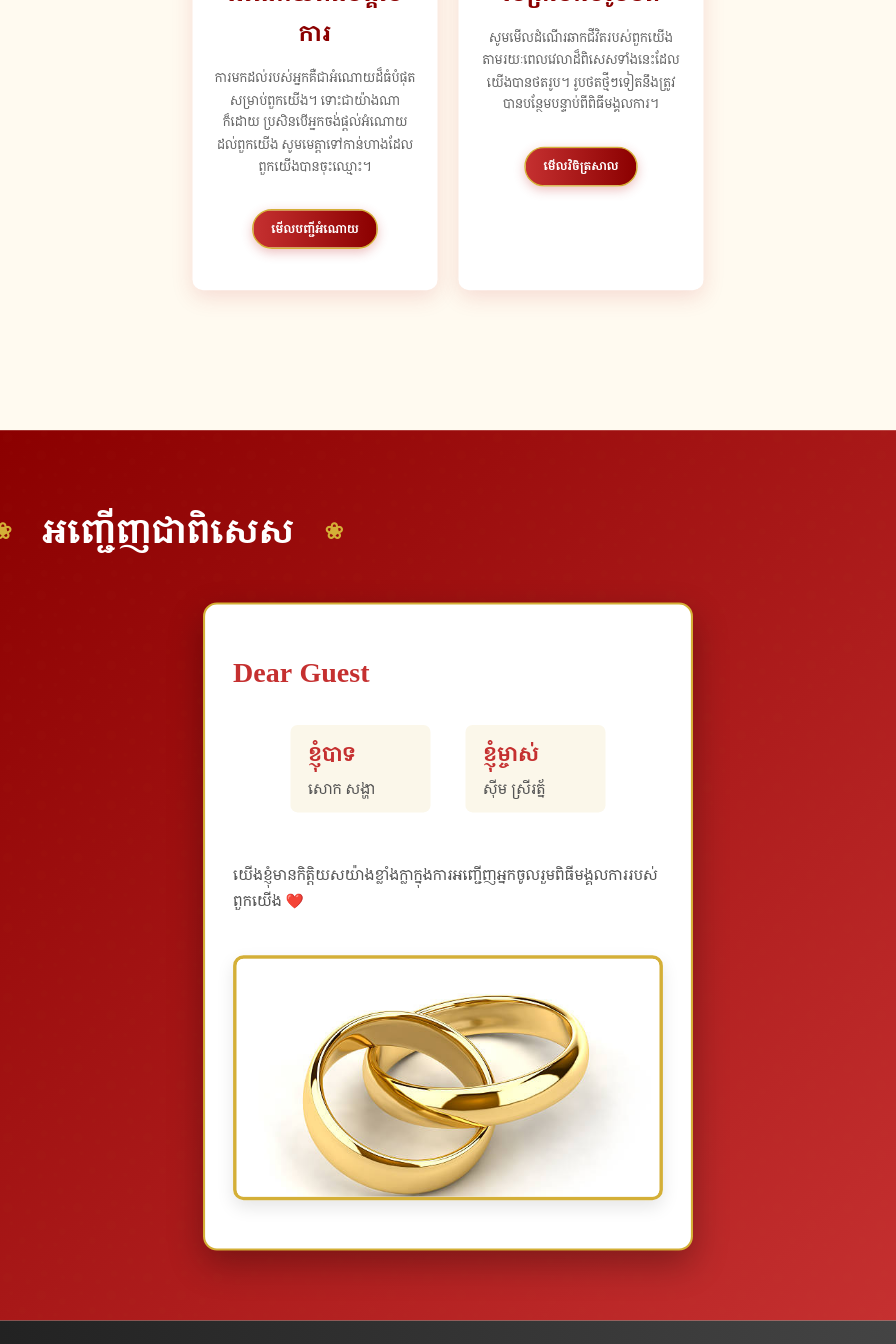
Repository: Kimrith/weeding
Page: index.html
The author's editor kept a copy of each file at every save. The page is drawn from the files as they stood at one save, then again after the next save.
The browser window is 1280 px wide. The pictures show the part of the page from y = 2321 to 4241 px (the page is 4576 px tall), at 70% of full size.

Above is the page before, as saved 2026-02-02 01:58:20.
Console error: ReferenceError: guestName is not defined

After the next save:
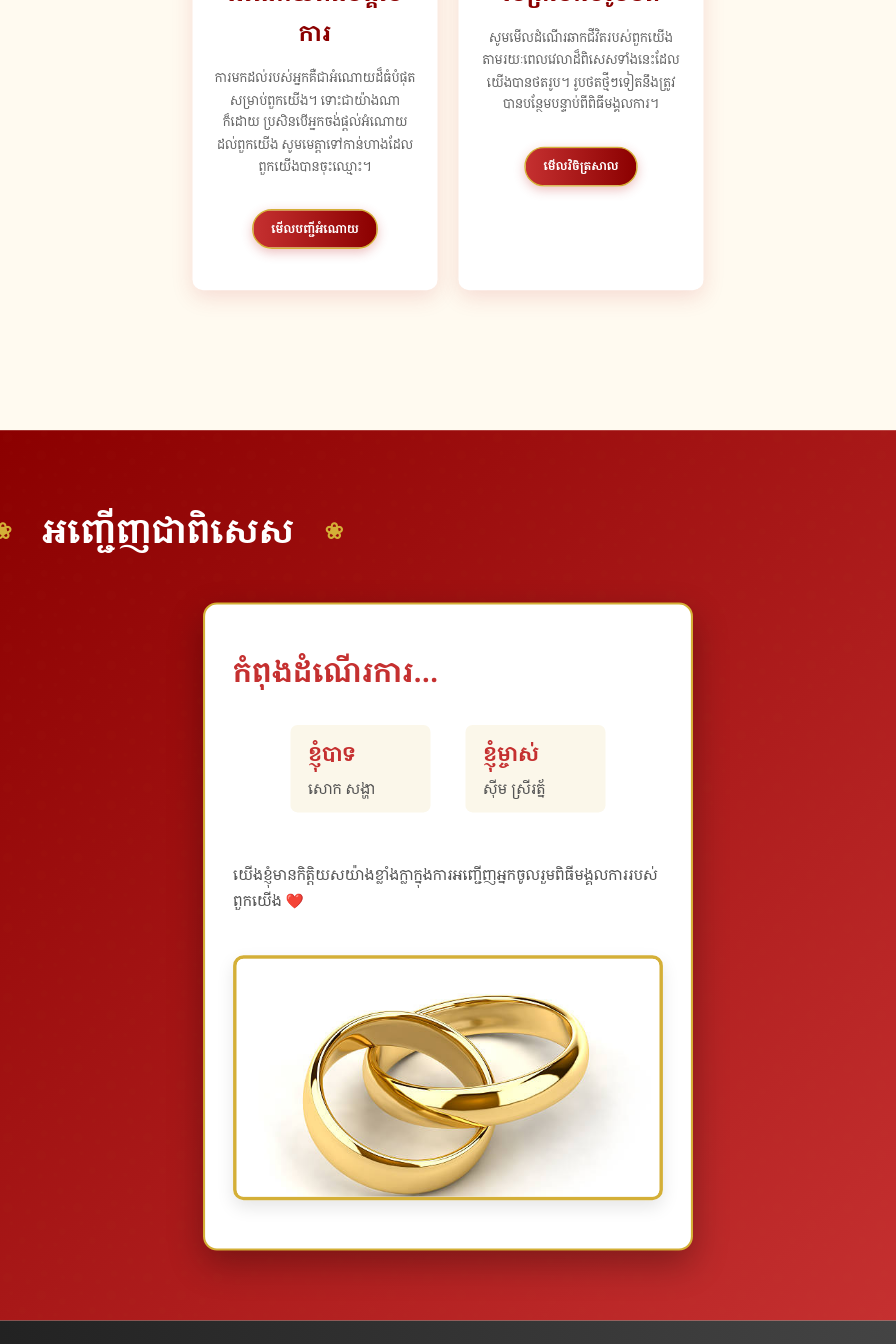
Saved 41 s later.
--- a/index.html
+++ b/index.html
@@ -887,7 +887,7 @@
               document.getElementById("guest").textContent =
                 "Dear " + guest.name;
             } else {
-              document.getElementById("guest").textContent = "Dear Guest";
+              document.getElementById("guest").textContent = "កំពុងដំណើរការ...";
             }
           });
 
